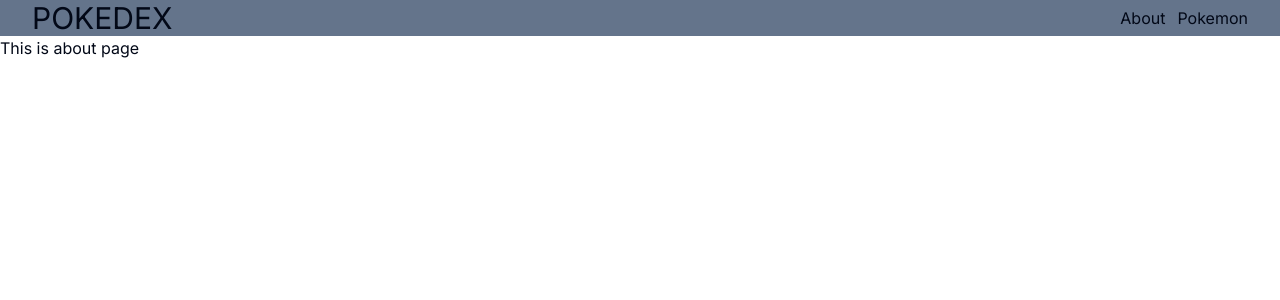
Repository: KilluaProject/pokedex
Page: /about
The author's editor kept a copy of each file at every save. The page is drawn from the files as they stood at one save, then again after the next save.
The browser window is 1280 px wide. The pictures show the whole page.
The project was rebuilt for these pictures with package versions that can differ from the ones it lists, and the page was loaded fresh each time. The framework's server and built-in components were replaced by stand-ins that run in the browser. Also part of the build but not shown: next.config.js.

Above is the page before, as saved 2023-07-01 16:08:44.

After the next save:
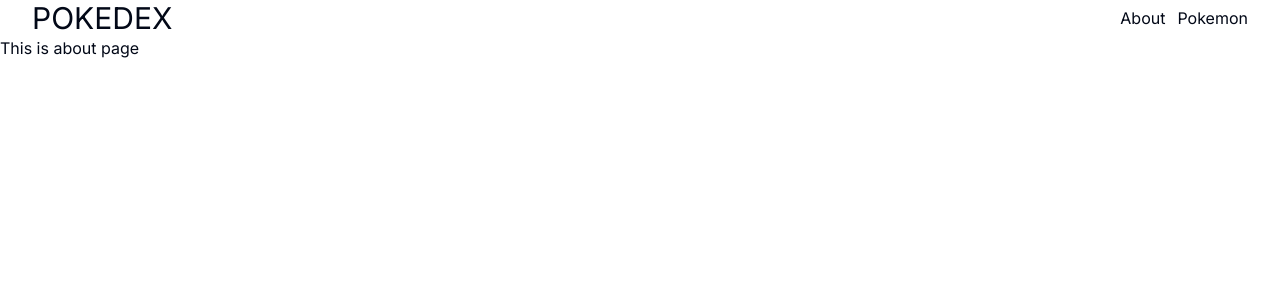
Saved 17 s later.
--- a/components/Navbar.tsx
+++ b/components/Navbar.tsx
@@ -3,7 +3,7 @@
 
 export default function Navbar() {
   return (
-    <div className="flex container justify-between mx-auto item-center bg-slate-500 ">
+    <div className="flex container justify-between mx-auto item-center ">
 
         <Link href="/">
 
